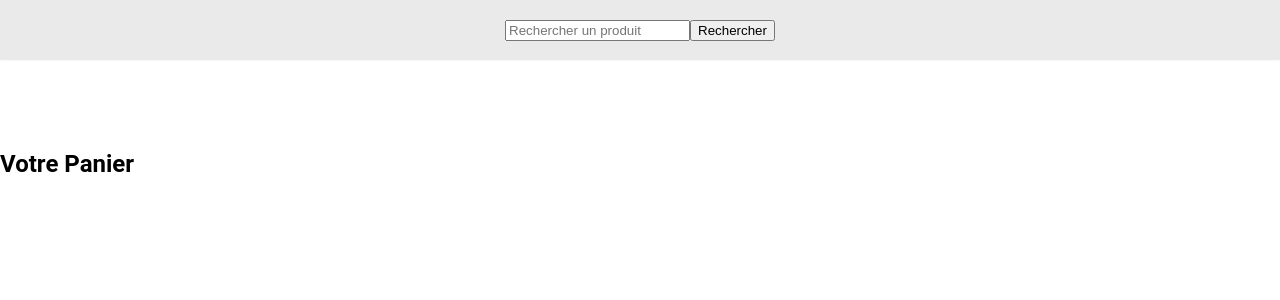
Repository: ByteVoyageur/restaurant-xin
Page: frontend/index.html
An editor plug-in stored every save of this project. The page is shown before and after the next save, followed by the edit.
The browser window is 1280 px wide. The pictures show the whole page.
The style sheet was rebuilt from its Sass, Less or Tailwind sources for each picture, by a compiler version that may differ from the author's.

Above is the page before, as saved 2023-11-10 13:43:51.
Console error: ReferenceError: categories is not defined

### frontend/index.html
<!DOCTYPE html>
<html lang="fr">

<head>
    <meta charset="UTF-8">
    <meta name="viewport" content="width=device-width, initial-scale=1.0">
    <title>Pizza Store</title>
    <link rel="stylesheet" href="./assets/css/style.css">
</head>

<body>
    <header>
        <div class="logo">
            <!-- <img src="images/logo.png" alt="logo"> -->

        </div>
        <form action="#" class="search-form">
            <input type="text" placeholder="Rechercher un produit">
            <button type="submit">Rechercher</button>
        </form>
    </header>

    <main>
        <section id="menu">
            <div class="category-buttons">

            </div>

            <!-- 菜单项将在这里通过JS动态添加 -->
            <div id="menu-items">
                <!-- JS 动态内容 -->
            </div>


        </section>

        <!-- 购物车预留区域 -->
        <aside id="shopping-cart">
            <h2>Votre Panier</h2>
            <!-- 购物车内容将在这里通过JS动态添加 -->
            <div id="cart-items">
                <!-- JS 动态内容 -->
            </div>
        </aside>
    </main>

    <footer>
    </footer>

    <script type="module" src="script.js"></script>
</body>

</html>

### frontend/script.js
console.log('script.js loaded')
import { fetchMenuData } from './assets/js/api.js'

function storeMenuData(data) {
  localStorage.setItem('menuData', JSON.stringify(data))
}

function loadMenuData() {
  const storedMenuData = localStorage.getItem('menuData')
  if (storedMenuData) {
    return Promise.resolve(JSON.parse(storedMenuData))
  } else {
    return fetchMenuData('all').then((data) => {
      storeMenuData(data)
      return data
    })
  }
}

categories.forEach((category) => {
  const button = document.createElement('button')
  button.textContent = category
  categoryButtonsDiv.append(button)
})

const categoryButtonsDiv = document.querySelector('.category-buttons')
const buttonsTous = document.createElement('button')
buttonsTous.textContent = 'Tous'
categoryButtonsDiv.append(buttonsTous)

### frontend/assets/js/api.js
// api.js
const apiURL = 'http://localhost:3000/api'

export function fetchMenuData(category) {
  return fetch(`${apiURL}/menu`)
    .then((response) => {
      if (!response.ok) {
        throw new Error('Network response was not ok')
      }
      return response.json()
    })
    .then((data) => {
      console.log('Data received:', data)
      return data
    })
    .catch((error) => {
      console.error(
        'There has been a problem with your fetch operation:',
        error
      )
    })
}

### frontend/sass/style.scss
@import 'body';
@import 'header';
/* Category buttons styles */
.category-buttons {
  display: flex;
  flex-direction: row;
  overflow-x: auto; // Enable horizontal scrolling on small screens
  -webkit-overflow-scrolling: touch; // Momentum scrolling on iOS
  gap: 5px;
  margin-bottom: 20px; // Updated to match the provided code
  padding: 5px 0; // Padding to prevent buttons from touching the edges
  &::-webkit-scrollbar {
    // Hide the scrollbar
    display: none;
  }

  .category-btn {
    flex: 0 0 auto; // Ensure buttons do not stretch
    background-color: #f0f0f0;
    background-image: linear-gradient(
      to bottom right,
      #fdfbfb,
      #ebedee
    ); // Subtle gradient
    border: 1px solid #dcdcdc; // Slight border
    border-radius: 25px; // Rounded corners
    padding: 10px 20px;
    margin: 0 5px;
    cursor: pointer;
    font-weight: bold; // Make the text a bit bolder
    text-transform: uppercase; // Uppercase text for style
    box-shadow: 0 2px 5px rgba(0, 0, 0, 0.1); // Soft shadow for depth
    transition: background-color 0.3s, box-shadow 0.3s, transform 0.3s; // Smooth transitions for hover effects

    &:hover {
      background-color: #e2e2e2;
      box-shadow: 0 4px 10px rgba(0, 0, 0, 0.15); // Larger shadow on hover for a "lifting" effect
      transform: translateY(-2px); // Slight raise on hover
    }

    &:active {
      transform: translateY(1px); // Slight press-down effect on click
      box-shadow: 0 2px 5px rgba(0, 0, 0, 0.2); // Deeper shadow on click
    }
  }
}
#menu-items {
  display: grid;
  grid-template-columns: repeat(
    auto-fill,
    minmax(120px, 1fr)
  ); // Creates a responsive grid layout
  gap: 20px; // Space between grid items
  padding: 20px; // Padding around the grid container

  .menu-item {
    border: 1px solid #ddd; // Border for each menu item
    border-radius: 8px; // Rounded corners
    padding: 15px; // Padding inside each menu item
    background-color: white; // Background color for the menu item
    box-shadow: 0 2px 5px rgba(0, 0, 0, 0.1); // Subtle shadow for depth
    transition: box-shadow 0.3s, transform 0.3s; // Smooth transition for hover effects

    &:hover {
      box-shadow: 0 5px 15px rgba(0, 0, 0, 0.2); // Enhanced shadow on hover
      transform: translateY(-5px); // Slight raise on hover
    }

    h3 {
      color: #333;
      margin-bottom: 10px; // Space under the title
    }

    p {
      font-size: 0.9em;
      color: #666;
    }

    span {
      font-weight: bold;
      color: #333;
    }
  }
}

### frontend/sass/body.scss
* {
  box-sizing: border-box;
}
html,
body {
  margin: 0;
  padding: 0;
  background-color: #ffffff;
  font-family: 'Roboto', sans-serif;
}

body {
  .main-container {
    margin: 0;
    padding: 0;
    display: flex;
    flex-direction: column;
    align-items: center;
    justify-content: center;

    main {
      display: flex;
      flex-direction: column;
      align-items: center;
      justify-content: center;
      width: 100%;
    }
  }
}

### frontend/sass/header.scss
.search-form {
  width: 100%;
  height: 60px;
  background-color: #eaeaea;
  display: flex;
  justify-content: center;
  align-items: center;
  box-shadow: 0px -2px 4px rgba(0, 0, 0, 0.2);
  .location-icon {
    margin-right: 10px;
  }

  .search-input {
    font-size: 1em;
    font-weight: bold;
    border: none;
    background-color: transparent;
    width: auto;
    max-width: 15ch;
    border: 1px solid transparent;
    &:focus {
      outline: none;
      border: none;
    }
  }
}

After the next save:
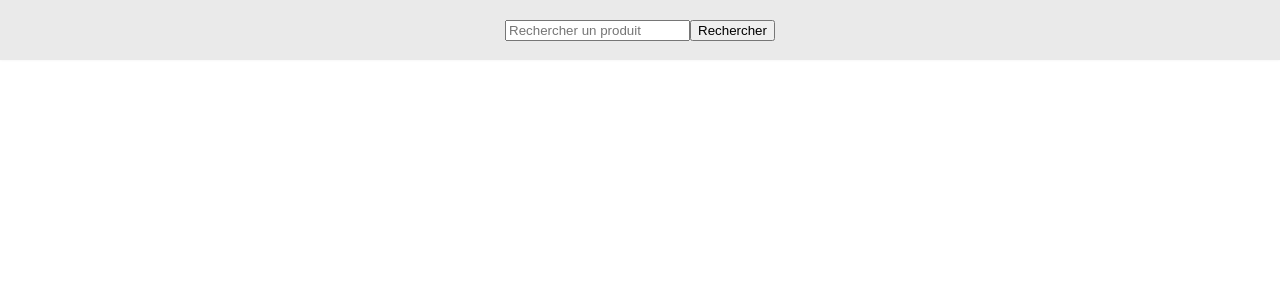
Saved 7 min 36 s later.
--- a/frontend/index.html
+++ b/frontend/index.html
@@ -34,14 +34,6 @@
 
         </section>
 
-        <!-- 购物车预留区域 -->
-        <aside id="shopping-cart">
-            <h2>Votre Panier</h2>
-            <!-- 购物车内容将在这里通过JS动态添加 -->
-            <div id="cart-items">
-                <!-- JS 动态内容 -->
-            </div>
-        </aside>
     </main>
 
     <footer>
